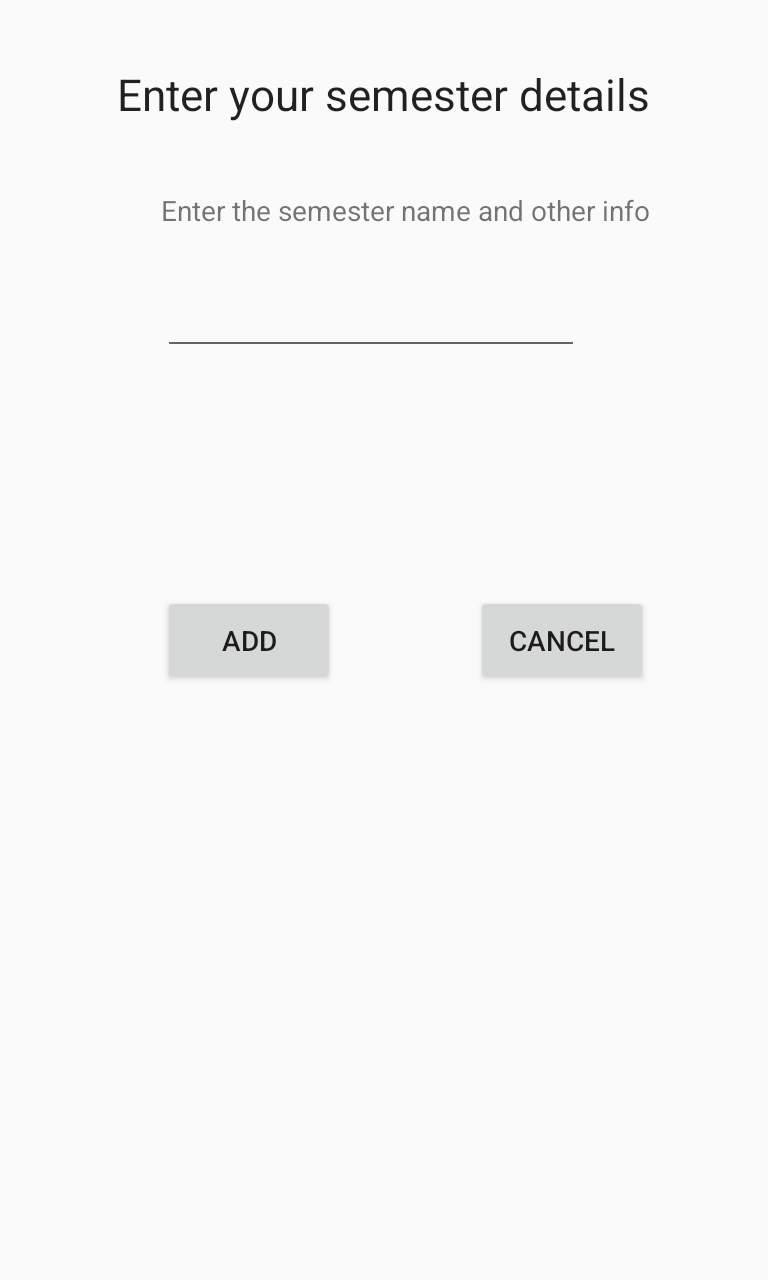
Repository: TeamZhao/Assignment-Tracker
Layout: Assignment-Tracker/AssignmentTracker/res/layout/activity_main.xml
An editor plug-in stored every save of this project. The layout is shown before and after the next save, followed by the edit.
It is drawn on a 768 x 1280 px phone screen (xhdpi) without system bars, with theme AppTheme; the app's code is not run.

Above is the layout before, as saved 2014-10-10 21:14:31.

After the next save:
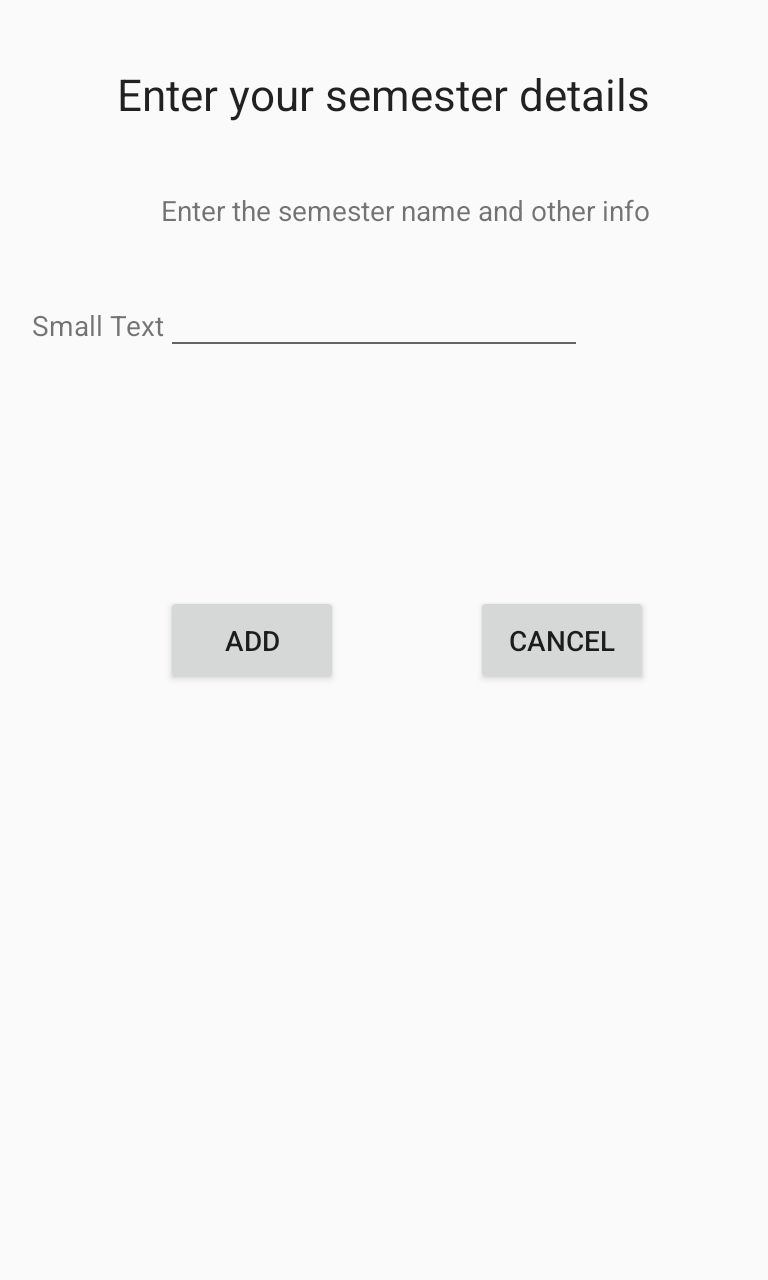
Saved 100 s later.
--- a/Assignment-Tracker/AssignmentTracker/res/layout/activity_main.xml
+++ b/Assignment-Tracker/AssignmentTracker/res/layout/activity_main.xml
@@ -12,9 +12,9 @@
         android:id="@+id/semesterDetails"
         android:layout_width="wrap_content"
         android:layout_height="wrap_content"
-        android:layout_alignLeft="@+id/textView3"
         android:layout_below="@+id/textView3"
         android:layout_marginTop="24dp"
+        android:layout_toRightOf="@+id/textView2"
         android:ems="10"
         android:inputType="text" />
 
@@ -53,4 +53,14 @@
         android:layout_marginTop="34dp"
         android:text="@string/semesterName" />
 
+    <TextView
+        android:id="@+id/textView2"
+        android:layout_width="wrap_content"
+        android:layout_height="wrap_content"
+        android:layout_alignBaseline="@+id/semesterDetails"
+        android:layout_alignBottom="@+id/semesterDetails"
+        android:layout_alignParentLeft="true"
+        android:text="Small Text"
+        android:textAppearance="?android:attr/textAppearanceSmall" />
+
 </RelativeLayout>
